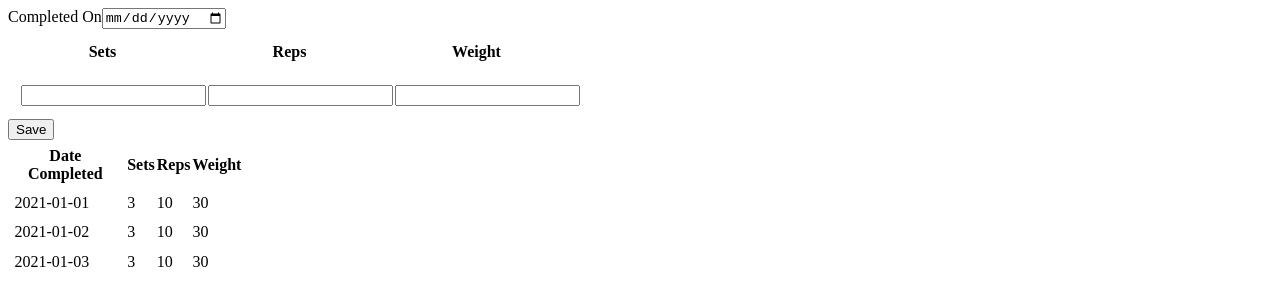
Repository: Kayla-amr/Exercise-Tracking-App
Page: / (app in exerciseTracking/)
The author's editor kept a copy of each file at every save. The page is drawn from the files as they stood at one save, then again after a run of saves.
The browser window is 1280 px wide. The pictures show the whole page.
The project was rebuilt for these pictures with package versions that can differ from the ones it lists, and the page was loaded fresh each time. Also part of the build but not shown: exerciseTracking/vite.config.ts, exerciseTracking/src/assets/main.css.

Above is the page before, as saved 2023-03-17 13:34:55.

After the next 3 saves:
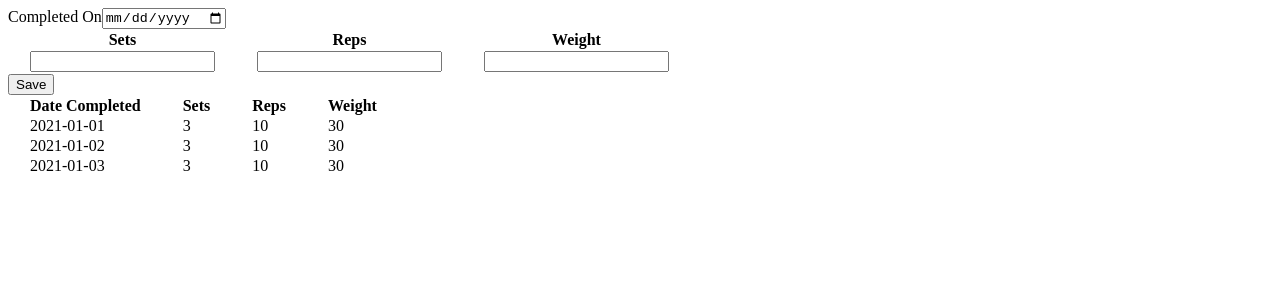
The 3 saves are shown as one change because they came seconds apart.
The last was saved 13 s later.
--- a/exerciseTracking/src/components/trackingHistory.vue
+++ b/exerciseTracking/src/components/trackingHistory.vue
@@ -34,6 +34,6 @@ export default{
 
 <style>
 th, td {
-    padding: 2%;
+    padding: 0 20px;
 }
 </style>
